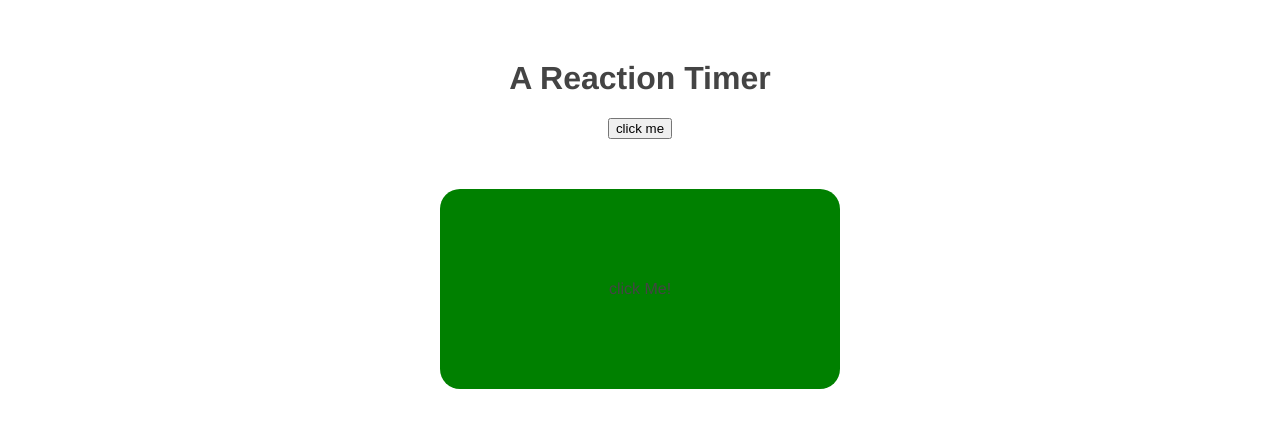
Repository: qudos4real/reaction-timer
Page: /
These files come from the project's save history. The page is drawn as it stood at one moment and after the next save; the edit follows.
The browser window is 1280 px wide. The pictures show the whole page.
The project was rebuilt for these pictures with package versions that can differ from the ones it lists, and the page was loaded fresh each time. Also part of the build but not shown: vue.config.js.

Above is the page before, as saved 2022-12-27 22:36:10.

### src/App.vue
<template>
 <h1>A Reaction Timer</h1>
 <button @click="start">click me</button>
 <Block />
</template>

<script>
import Block from './components/Block.vue';

export default {
  name: 'App',
  components: {
    Block
  },
  data() {
    return {
      isPlaying: false,
      delay: null,
    }
  },
  methods: {
    start() {
      this.isPlaying = true;
      this.delay = 2000 + Math.random() * 5000;
      console.log(this.delay);
    }
  }
}
</script>

<style>
#app {
  font-family: Avenir, Helvetica, Arial, sans-serif;
  -webkit-font-smoothing: antialiased;
  -moz-osx-font-smoothing: grayscale;
  text-align: center;
  color: #444;
  margin-top: 60px;
}
</style>

### src/components/Block.vue
<template>
    <div class="block">
        click Me!
        </div>
</template>

<script>
export default {

}
</script>

<style>
.block {
    width: 400px;
    border-radius: 20px;
    text-align: center;
    margin: 50px auto;
    line-height: 200px;
    background-color: green;
}
</style>

Loaded but not shown: public/index.html (common file); src/main.js (common file)

After the next save:
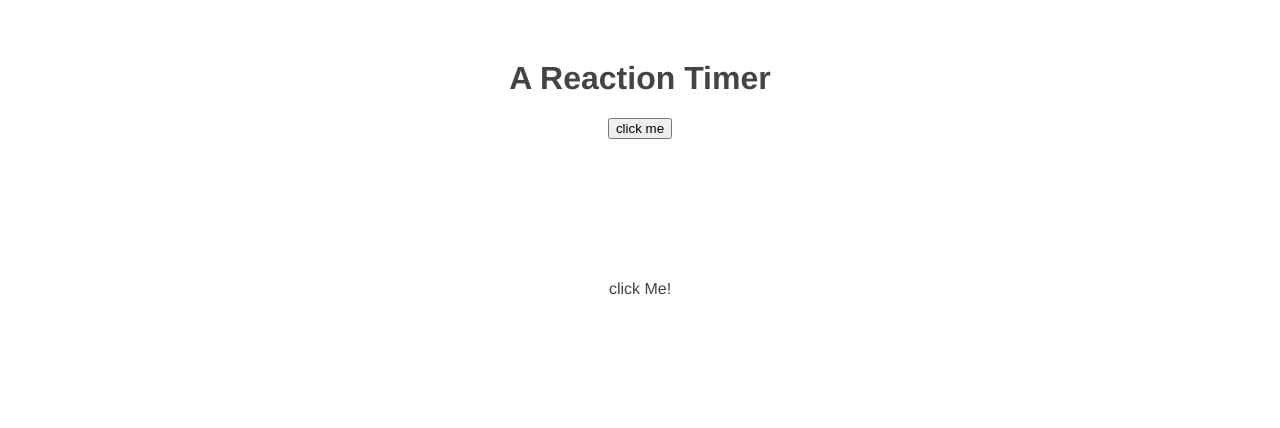
Saved 6 s later.
--- a/src/components/Block.vue
+++ b/src/components/Block.vue
@@ -17,6 +17,7 @@
     text-align: center;
     margin: 50px auto;
     line-height: 200px;
-    background-color: green;
+    background-color: green
+    color: white;
 }
 </style>

After the save that followed:
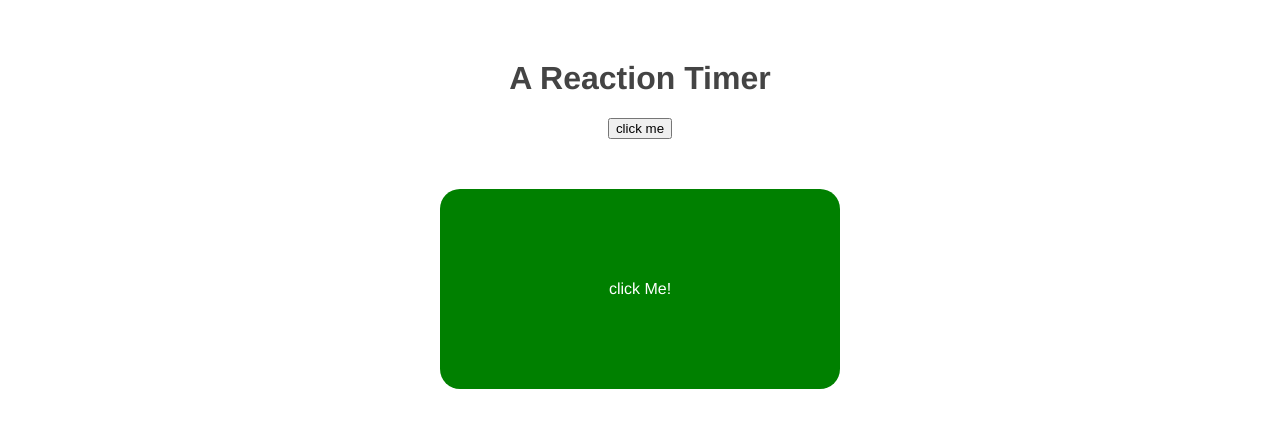
Saved 5 s later.
--- a/src/components/Block.vue
+++ b/src/components/Block.vue
@@ -17,7 +17,7 @@
     text-align: center;
     margin: 50px auto;
     line-height: 200px;
-    background-color: green
+    background-color: green;
     color: white;
 }
 </style>
